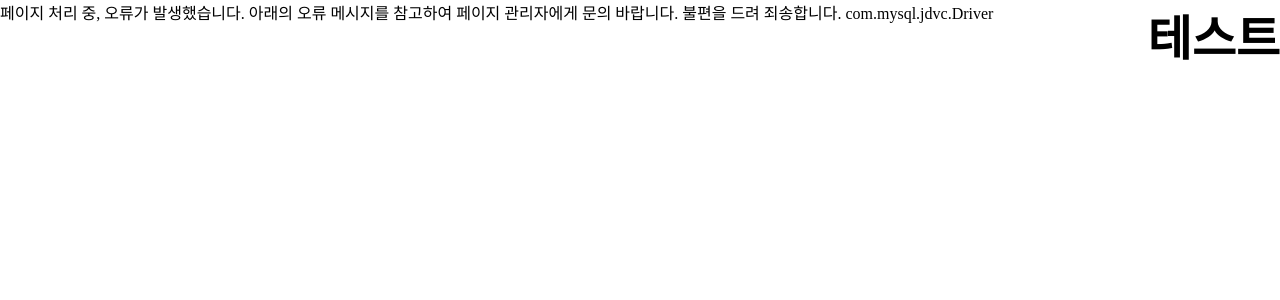
Repository: acredev/Restaurant_Management_System
Page: http://localhost/leekangjo/idCheck.jsp
An editor plug-in stored every save of this project. The page is shown before and after the next save, followed by the edit.
The browser window is 1280 px wide. The pictures show the whole page.
Some web fonts or font styles are not loaded; a fallback is used. The page is served by Tomcat 9.

Above is the page before, as saved 2023-04-14 00:24:25.

After the next save:
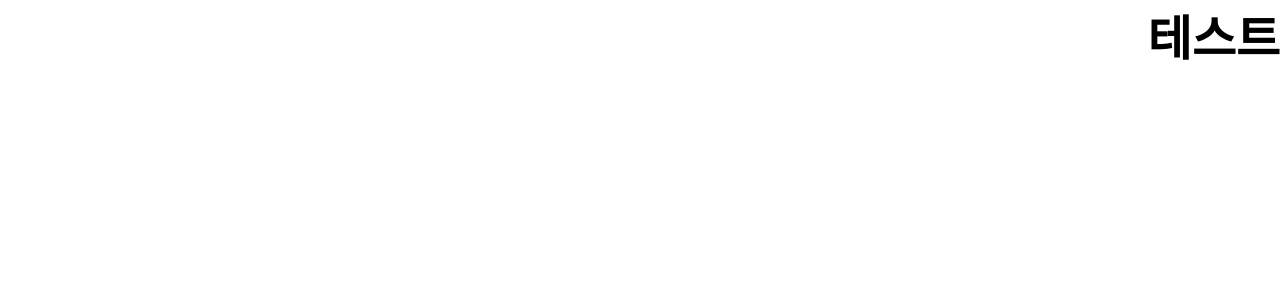
Saved 6 min 52 s later.
--- a/leekangjo/WebContent/idCheck.jsp
+++ b/leekangjo/WebContent/idCheck.jsp
@@ -7,7 +7,7 @@
 try
 {
 	// JDBC 드라이버 연결
-	Class.forName("com.mysql.jdvc.Driver");
+	Class.forName("com.mysql.jdbc.Driver");
 	String db_address = "jdbc.mysql://127.0.0.1:3306/kyungmin_store";
 	String db_username = "root";
 	String db_pwd = "root";
